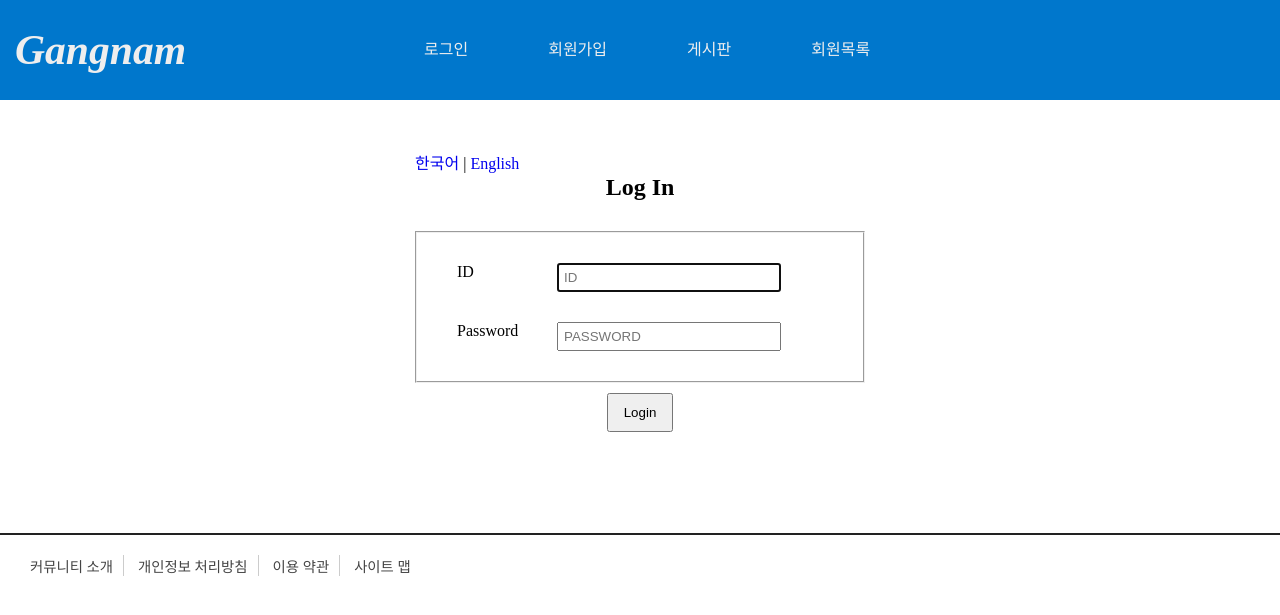
Repository: Yunkieun/jspworks
Page: http://localhost/Members2/member/loginForm.jsp
The author's editor kept a copy of each file at every save. The page is drawn from the files as they stood at one save, then again after the next save.
The browser window is 1280 px wide. The pictures show the whole page.
Some web libraries are served in a nearby version. The page is served by Tomcat 9. Nobody is signed in. The application's start-up code is not run. The template is opened directly, without the code that normally fills it, so the values that code supplies are empty.

Above is the page before, as saved 2023-07-12 04:09:48.

After the next save:
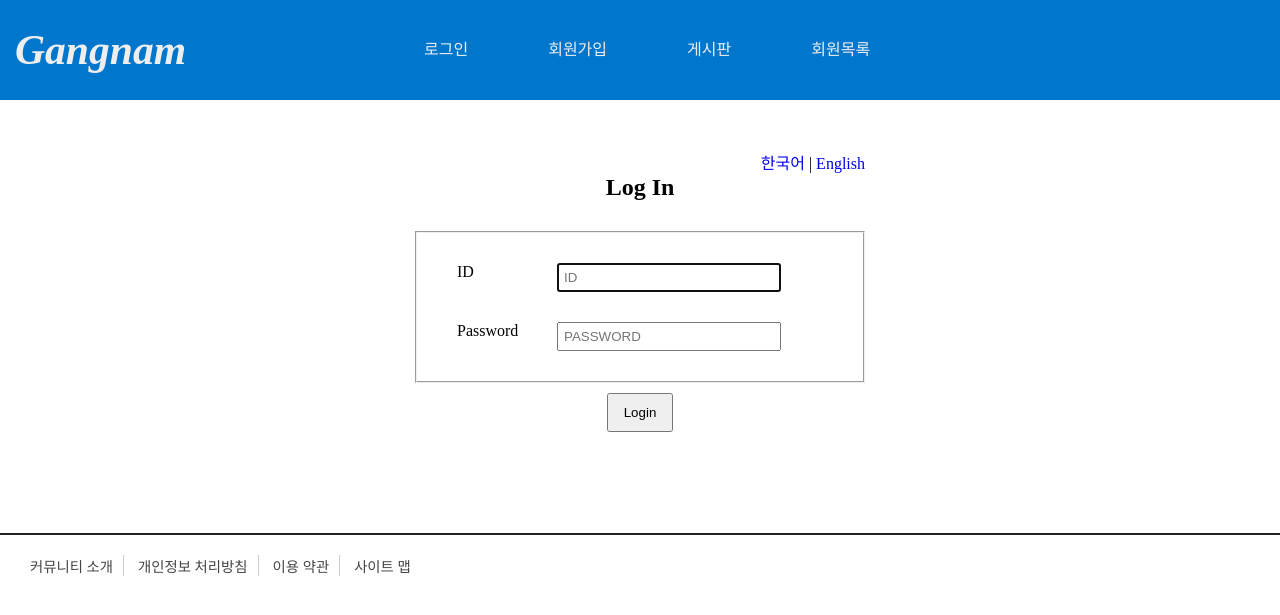
Saved 2 min 48 s later.
--- a/Members2/src/main/webapp/resources/css/style.css
+++ b/Members2/src/main/webapp/resources/css/style.css
@@ -24,6 +24,10 @@ h2{text-align: center;}
 #main{margin: 20px auto; text-align: center;}
 #main .main_img{margin: 20px auto;}
 #main .main_img img{border-radius: 5px;}
+#main .newBoard{width: 600px; margin: 30px auto; text-align: left;}
+#main .newBoard h3{margin-bottom: 10px; padding-bottom: 10px;
+   border-bottom: 1px solid #ccc;}
+#main .newBoard p{line-height: 2; padding-left: 10px;}
 
 /* footer 스타일 */
 footer{height: 80px; border-top: 2px solid #222;}
@@ -46,30 +50,48 @@ footer{height: 80px; border-top: 2px solid #222;}
 #memberlist h3{text-align: center;}
 
 /* register 스타일 */
-#register{width: 530px; margin: 30px auto;}
+#register{width: 600px; margin: 30px auto;}
 #register form{margin: 30px auto;}
-#register form fieldset{padding-bottom: 20px;}
+#register form fieldset{padding-bottom: 40px;}
 #register form ul li{margin: 30px 20px;}
-#register form label{width: 120px; float: left; padding-left: 10px;
+#register form label{width: 150px; float: left; padding-left: 10px;
     margin-right: 10px;}
 #register form input[type='text']{padding: 5px; width: 250px; font-size: 0.8em;}
 #register form input[type='password']{padding: 5px; width: 250px; font-size: 0.8em;}
-#register form li label.radio{width: 50px; }
-#register form .button{width: 400px; height: 50px; text-align: center;}
-#register form input[type='button']{width: 80px; height: 30px; margin-top: 30px;}
-#register form input[type='reset']{width: 80px; height: 30px; margin-top: 30px;}
-#register .btn_check{padding: 5px; margin-left: 5px;}
+#register form li label.radio{width: 80px; }
+#register form li input[type='radio']{margin-right: 5px;}
+#register form .button{width: 600px; height: 50px; text-align: center;}
+#register form input[type='button']{width: 80px; height: 40px; margin: 20px 5px;}
+#register form input[type='reset']{width: 80px; height: 40px; margin-top: 20px;}
+#register .btn_check{padding: 10px; margin-left: 5px;}
+
+/* memberUpdateForm 스타일 */
+#member_update{width: 500px; margin: 30px auto;}
+#member_update form{margin: 30px auto;}
+#member_update form fieldset{padding-bottom: 40px;}
+#member_update form ul li{margin: 30px 20px;}
+#member_update form label{width: 150px; float: left; padding-left: 10px;
+    margin-right: 10px;}
+#member_update form input[type='text']{padding: 5px; width: 250px; font-size: 0.8em;}
+#member_update form input[type='password']{padding: 5px; width: 250px; font-size: 0.8em;}
+#member_update form li label.radio{width: 80px; }
+#member_update form li input[type='radio']{margin-right: 4px;}
+#member_update form .button{width: 600px; height: 50px; text-align: center;}
+#member_update form input[type='button']{width: 80px; height: 40px; margin: 20px 5px;}
+#member_update form input[type='reset']{width: 80px; height: 40px; margin-top: 20px;}
+#member_update .btn_check{padding: 10px; margin-left: 5px;}
 
 /* detail 스타일 */
-#detail{width: 400px; margin: 30px auto 100px;}
-#detail table{width: 400px; margin: 30px auto;}
+#detail{width: 500px; margin: 30px auto 100px;}
+#detail table{width: 500px; margin: 30px auto;}
 #detail table, td{border: 1px solid #ccc;
     border-collapse: collapse; text-align: center;}
 #detail table td{padding: 10px 0; font-size: 0.9em;}
-#detail table input[type='text'], input[type='password']{width: 200px; padding: 5px;}
+#detail table input[type='text'], input[type='password']{width: 250px; padding: 5px;}
 #detail table td button{padding: 5px 10px;}
 
 /* 로그인 스타일 */
+.language{text-align: right;}
 #login {width: 450px; margin: 30px auto 100px;}
 #login form{margin: 30px auto;}
 #login .error{color: #f00; margin-bottom: 15px;}
@@ -98,10 +120,12 @@ footer{height: 80px; border-top: 2px solid #222;}
 #boardlist table thead{background: #eee;}
 #boardlist table td:nth-of-type(2){text-align: left; padding-left: 15px;}
 #boardlist .btnWrite{text-align: right; margin-right: 10px;}
-#boardlist button{padding: 10px;}
+#boardlist button{padding: 8px;}
 #boardlist .pagination{text-align: center;}
 #boardlist .pagination a{margin: 5px;}
 #boardlist .pagination a .page{font-weight: bold; color: #f00;}
+#boardlist .search_form{text-align: right; margin-top: 20px;}
+#boardlist .sel_field, .in_kw{padding: 8px;}
 
 /* board_reg 스타일 */
 #board_reg{width: 550px; margin: 40px auto 100px;}
@@ -122,6 +146,19 @@ footer{height: 80px; border-top: 2px solid #222;}
 #board_detail table textarea{width: 520px; height: 350px; resize: none;
 	padding: 5px; line-height: 1.5; font-family: '맑은고딕'}
 #board_detail table button[type='button']{width: 80px; height: 30px;}
+#board_detail .reply{border-top: 1px dotted #ccc; padding: 10px 0;
+	line-height: 1.5; margin-top: 12px;}
+#board_detail .reply p{color: #444; font-size: 0.9em;}
+#board_detail .reply p:nth-of-type(1){color: #444; font-size: 0.9em;}
+#board_detail .reply p:nth-of-type(2){margin-top: 16px;}
+#board_detail #replyForm p:nth-of-type(1){border-top: 1px dotted #ccc;
+	padding-top: 5px;}
+#board_detail #replyForm textarea{margin: 10px 0; padding: 5px; resize: none;}
+#board_detail #replyForm button{padding: 4px 8px;}
+#board_detail .replyLogin{background-color: #eee; padding: 16px;
+	text-align: center;}
+#board_detail .replyLogin a{color: blue;}
+#board_detail .replyLogin a:hover{text-decoration: underline;}
 
 /* board_update 스타일 */
 #board_update{width: 550px; margin: 40px auto 100px;}
@@ -133,3 +170,12 @@ footer{height: 80px; border-top: 2px solid #222;}
 #board_update table textarea{width: 520px; height: 350px; resize: none;
 	padding: 5px; line-height: 1.5; font-family: '맑은고딕'}
 #board_update table button[type='button']{width: 80px; height: 30px;}
+
+/* replyUpdateForm 스타일 */
+#reply_update{width: 550px; margin: 40px auto 100px;}
+#reply_update h2{margin-bottom: 10px;}
+#reply_update p{margin: 10px 0; font-size: 0.9em;}
+#reply_update textarea{width: 520px; height: 200px; resize: none;
+	padding: 5px; line-height: 1.5; font-family: '맑은고딕'}
+#reply_update input[type='text']{width: 520px; height: 25px; padding: 5px;}
+#reply_update button{padding: 5px 10px;}
